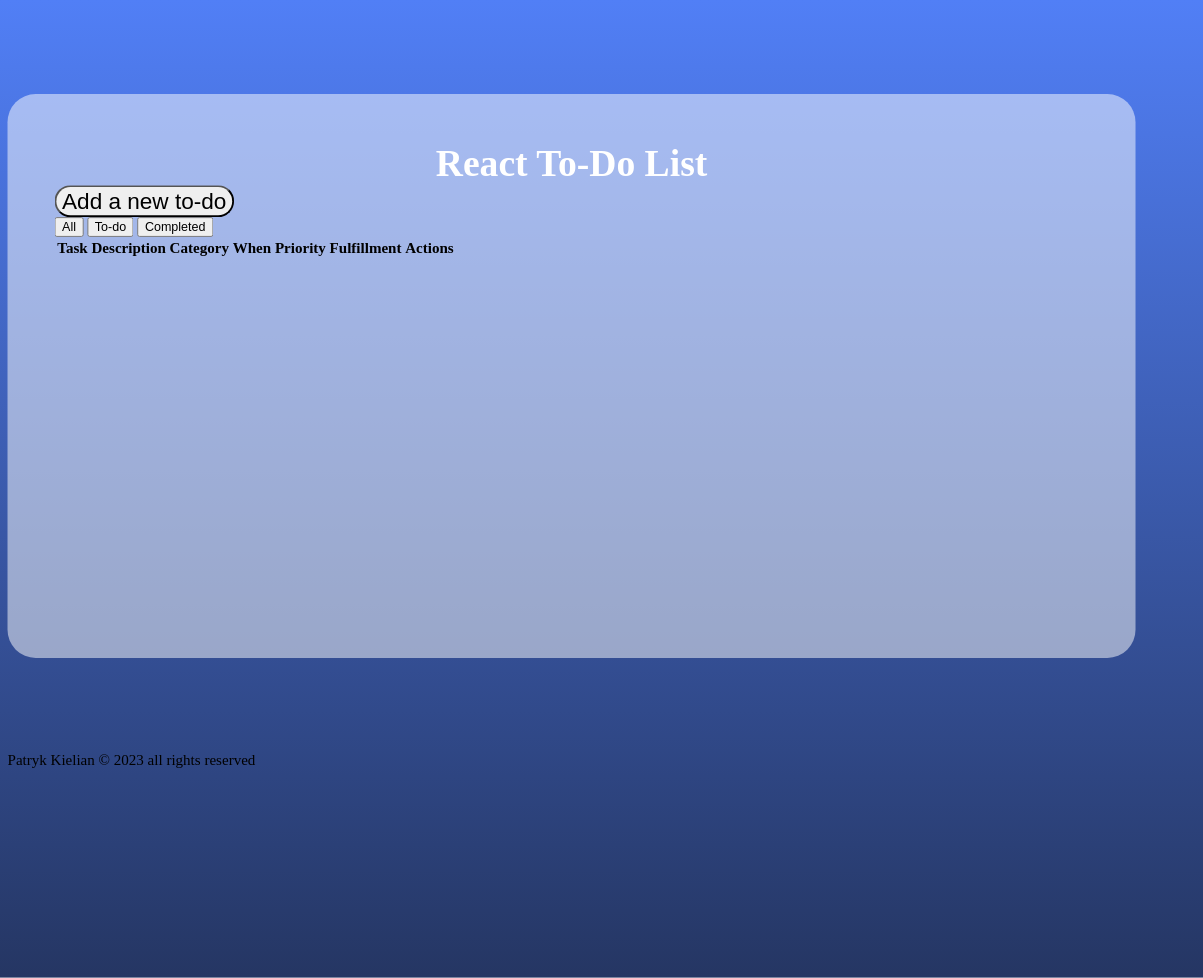
Repository: mirajane2/maquette-todo
Page: index.html
These files come from the project's save history. The page is drawn as it stood at one moment and after the next save; the edit follows.
The browser window is 1280 px wide. The pictures show the whole page, at 94% of full size.

Above is the page before, as saved 2024-11-13 10:54:08.

After the next save:
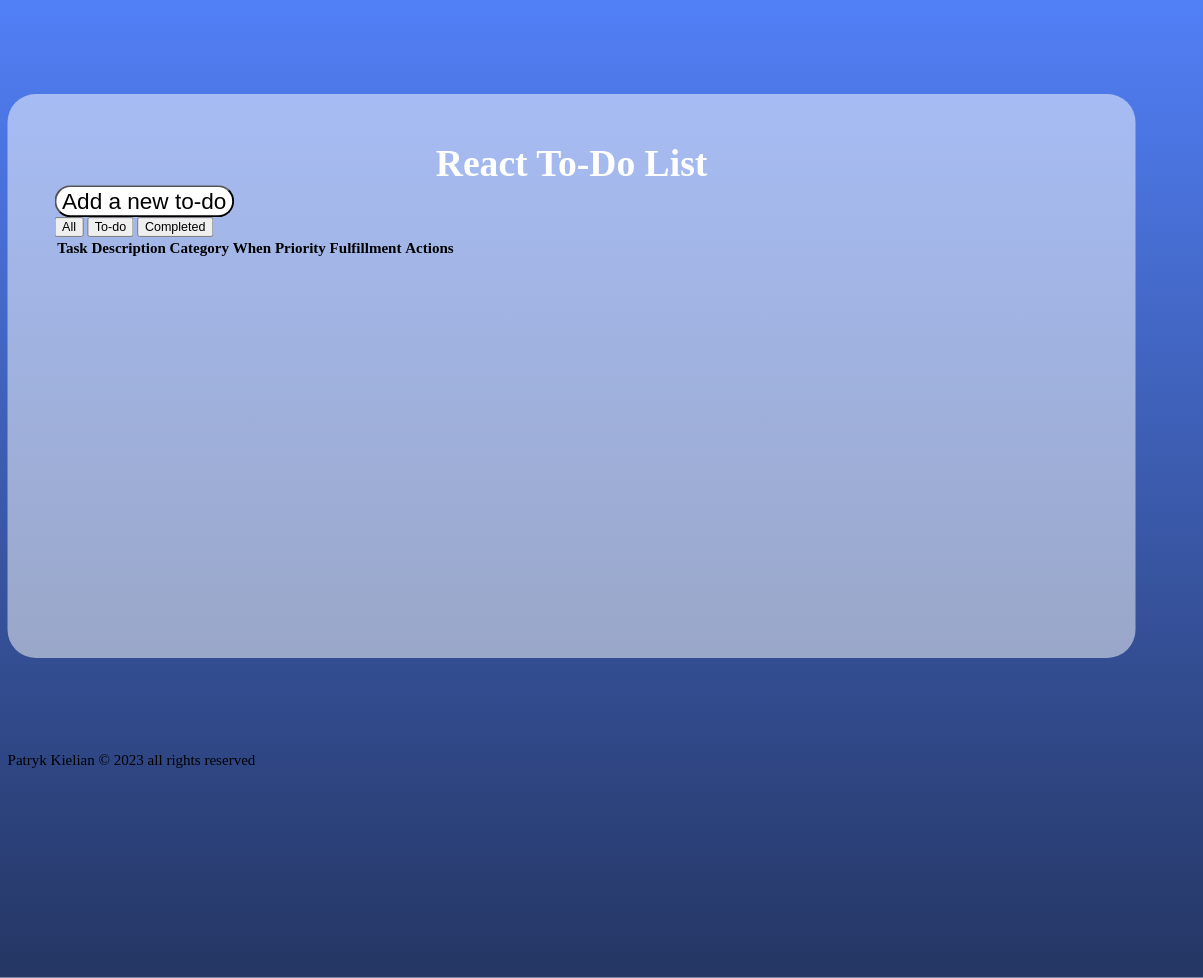
Saved 26 s later.
--- a/index.css
+++ b/index.css
@@ -29,5 +29,6 @@ html{
     font-size: 24px;
     font-weight: 400px;
     border-radius: 20px;
+    background-color: #FFFFFF;
 
 }
